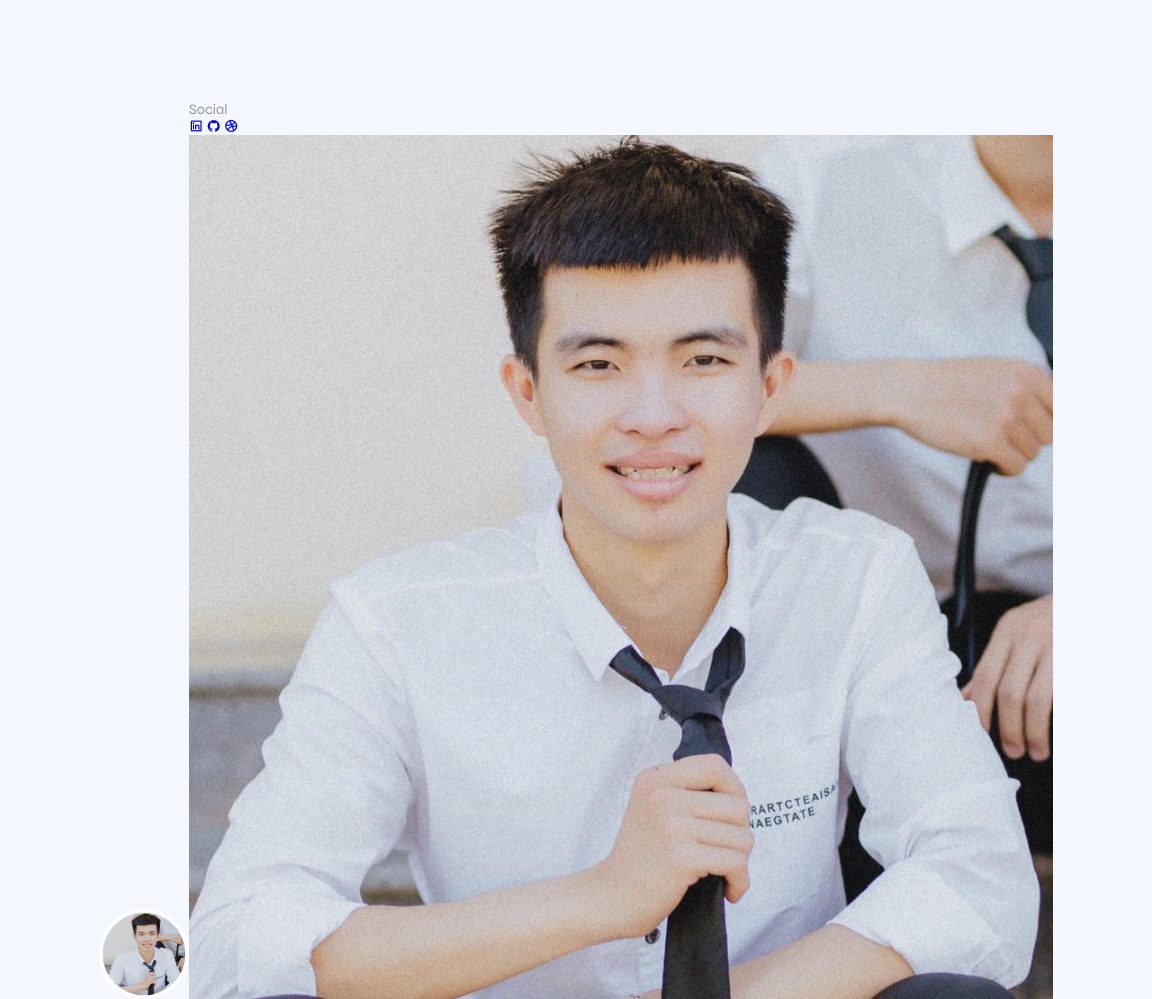
Repository: dinhhaidh/Profile
Page: index.html
An editor plug-in stored every save of this project. The page is shown before and after a run of saves, followed by the edit.
The browser window is 1280 px wide. The pictures show the whole page, at 90% of full size.
Some web libraries are served in a nearby version.

Above is the page before, as saved 2024-02-29 08:59:00.

After the next 2 saves:
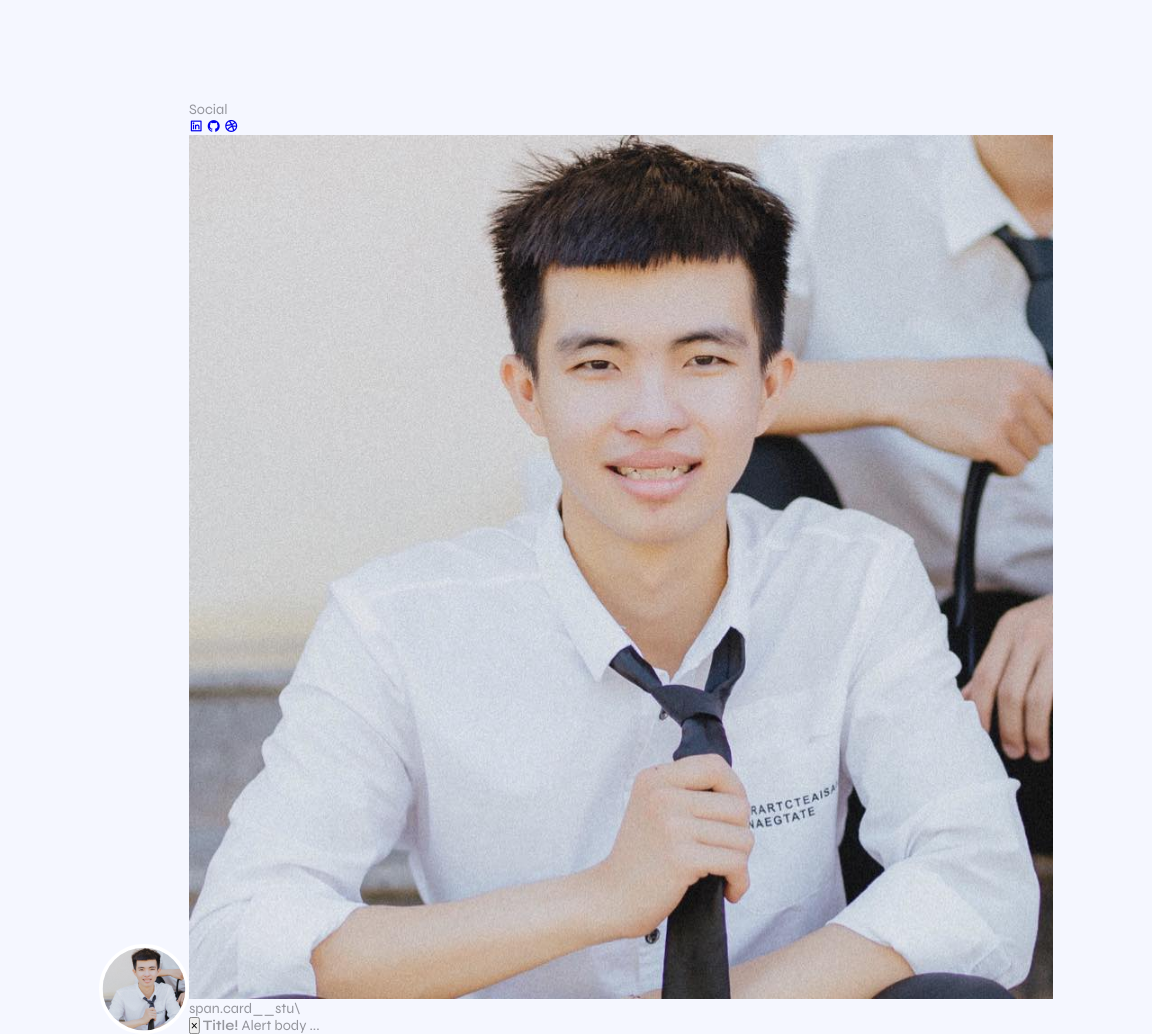
The 2 saves are shown as one change because they came seconds apart.
The last was saved 9 s later.
--- a/index.html
+++ b/index.html
@@ -45,6 +45,11 @@
                                 <img src="./img/img.jpg" alt="image" class="card__img">
                             </div>
 
+                            span.card__stu\
+                            <div class="alert alert-success">
+                                <button type="button" class="close" data-dismiss="alert" aria-hidden="true">&times;</button>
+                                <strong>Title!</strong> Alert body ...
+                            </div>
 
                         </div>
                     </div>

After the save that followed:
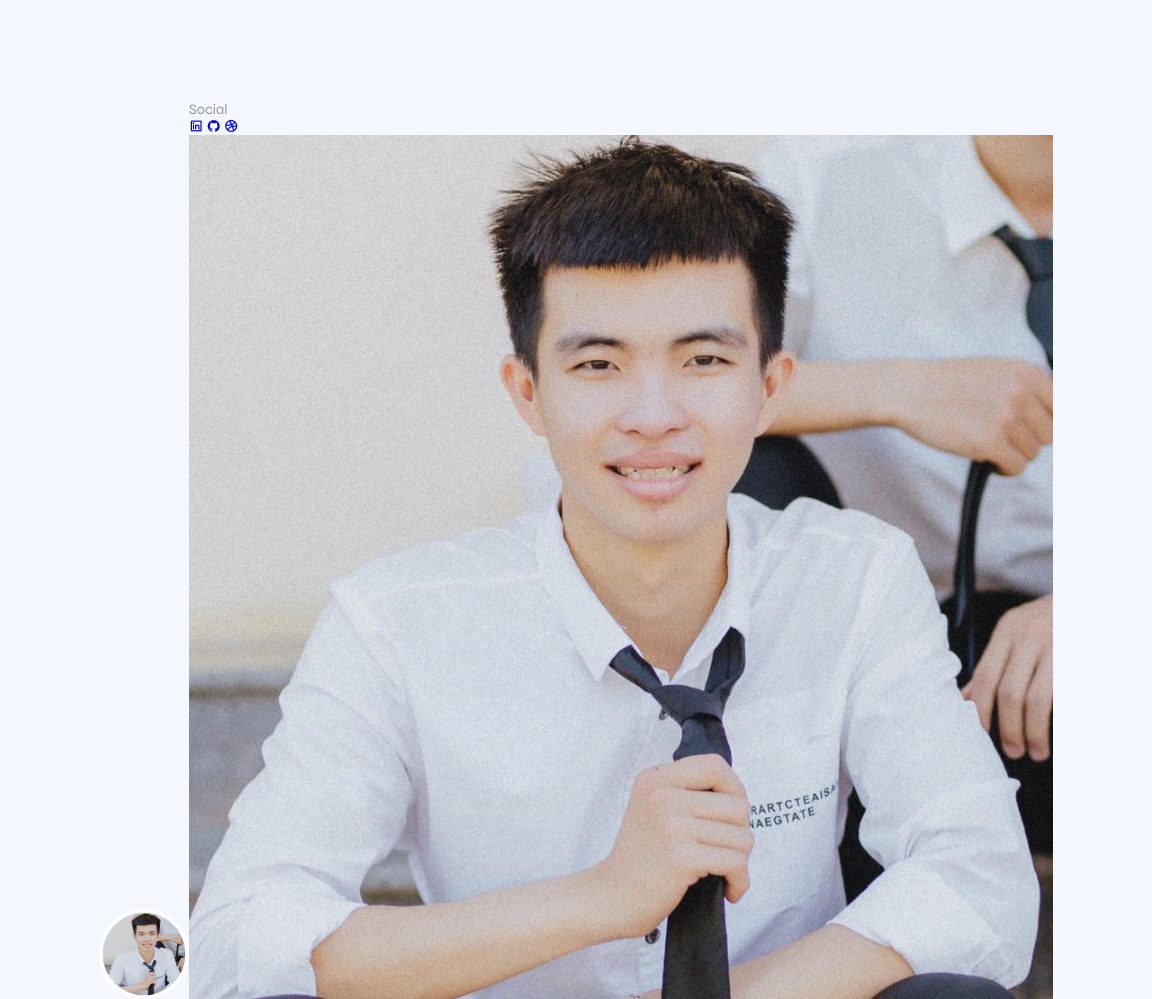
Saved 5 s later.
--- a/index.html
+++ b/index.html
@@ -45,12 +45,9 @@
                                 <img src="./img/img.jpg" alt="image" class="card__img">
                             </div>
 
-                            span.card__stu\
-                            <div class="alert alert-success">
-                                <button type="button" class="close" data-dismiss="alert" aria-hidden="true">&times;</button>
-                                <strong>Title!</strong> Alert body ...
-                            </div>
+                            <span class="card__stutus">
 
+                            </span>
                         </div>
                     </div>
                 </div>
